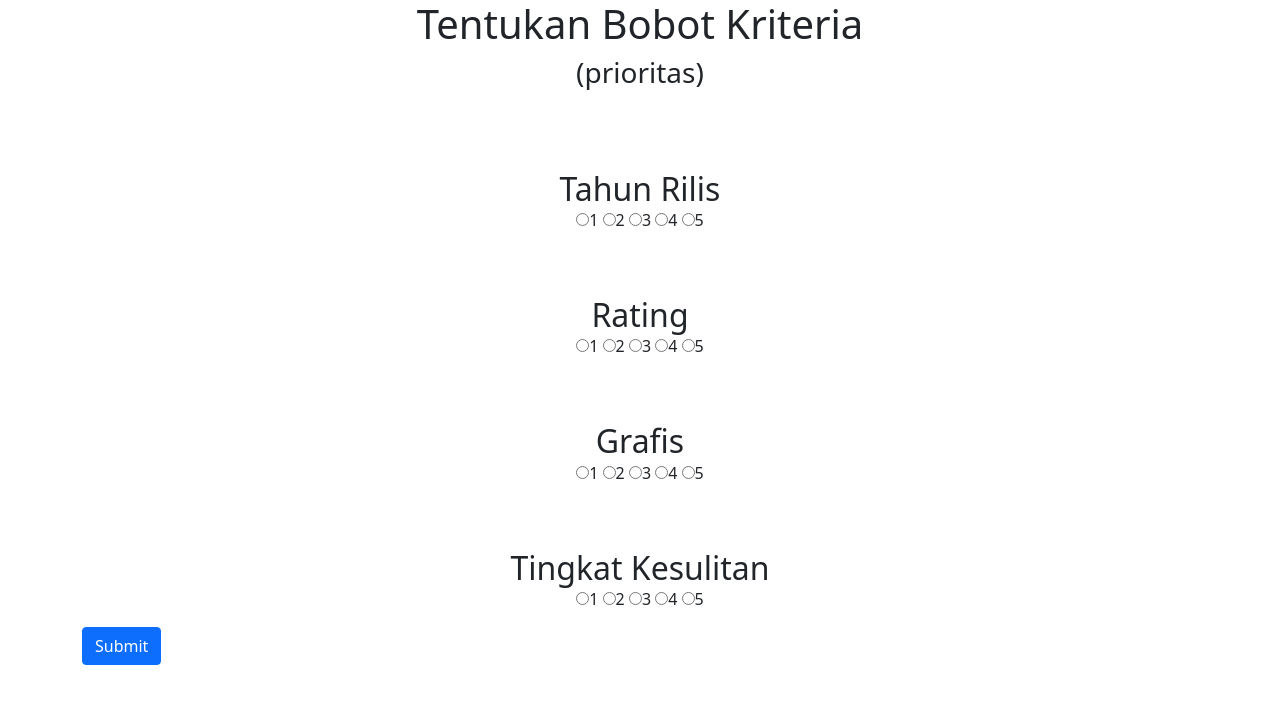
Repository: aqordeon/SPKWP
Page: http://localhost/hitungKriteria.php
These files come from the project's save history. The page is drawn as it stood at one moment and after the next save; the edit follows.
The browser window is 1280 px wide. The pictures show the whole page.
The page is run by PHP 8.4 with error messages shown; the project is at /var/www/html/. Queries for data that is not in the repository find no rows.

Above is the page before, as saved 2020-12-24 22:55:41.

### hitungKriteria.php
<html lang="en">
<head>
    <meta charset="UTF-8">
    <meta name="viewport" content="width=device-width, initial-scale=1.0">
    <title>Document</title>
    <link href="https://cdn.jsdelivr.net/npm/bootstrap@5.0.0-beta1/dist/css/bootstrap.min.css" rel="stylesheet" integrity="sha384-giJF6kkoqNQ00vy+HMDP7azOuL0xtbfIcaT9wjKHr8RbDVddVHyTfAAsrekwKmP1" crossorigin="anonymous">
    <?php
        include "koneksi.php";
    ?>
</head>
<body>
    <div class="container">
    <center>
        <h1>Tentukan Bobot Kriteria</h1>
        <h3>(prioritas)</h3>

        <br><br><br>

        <?php
            $ambilparagraf = $con->query("SELECT * FROM paragraph");
            $cekdbparagraf = $ambilparagraf->fetch_assoc();
        ?>

        <div class="container">
            <h2 style="display: inline;">Tahun Rilis</h2>
            <form>
                <label class="radio-inline">
                    <input type="radio" name="optradio1">1
                </label>
                <label class="radio-inline">
                    <input type="radio" name="optradio1">2
                </label>
                <label class="radio-inline">
                    <input type="radio" name="optradio1">3
                </label>
                <label class="radio-inline">
                    <input type="radio" name="optradio1">4
                </label>
                <label class="radio-inline">
                    <input type="radio" name="optradio1">5
                </label>
            </form>
        </div>

        <br><br>

        <div class="container">
            <h2 style="display: inline;">Rating</h2>
            <form>
                <label class="radio-inline">
                    <input type="radio" name="optradio2">1
                </label>
                <label class="radio-inline">
                    <input type="radio" name="optradio2">2
                </label>
                <label class="radio-inline">
                    <input type="radio" name="optradio2">3
                </label>
                <label class="radio-inline">
                    <input type="radio" name="optradio2">4
                </label>
                <label class="radio-inline">
                    <input type="radio" name="optradio2">5
                </label>
            </form>
        </div>

        <br><br>

        <div class="container">
            <h2 style="display: inline;">Grafis</h2>
            <form>
                <label class="radio-inline">
                    <input type="radio" name="optradio3">1
                </label>
                <label class="radio-inline">
                    <input type="radio" name="optradio3">2
                </label>
                <label class="radio-inline">
                    <input type="radio" name="optradio3">3
                </label>
                <label class="radio-inline">
                    <input type="radio" name="optradio3">4
                </label>
                <label class="radio-inline">
                    <input type="radio" name="optradio3">5
                </label>
            </form>
        </div>

        <br><br>

        <div class="container">
            <h2 style="display: inline;">Tingkat Kesulitan</h2>
            <form>
                <label class="radio-inline">
                    <input type="radio" name="optradio4">1
                </label>
                <label class="radio-inline">
                    <input type="radio" name="optradio4">2
                </label>
                <label class="radio-inline">
                    <input type="radio" name="optradio4">3
                </label>
                <label class="radio-inline">
                    <input type="radio" name="optradio4">4
                </label>
                <label class="radio-inline">
                    <input type="radio" name="optradio4">5
                </label>
            </form>
        </div>
    </center>

    <button class="btn btn-primary" value="Submit">Submit</button>   <!-- mengarah ke hitung_vektorS.php -->

</div>
</body>
</html>

### koneksi.php
<?php
    $servername = "localhost";
    $username = "root";
    $password = "";
    $database = "db_spkwp";

    $con = mysqli_connect($servername, $username, $password, $database);

    // $ambilparagraf = $con->query("SELECT * FROM paragraph");
    // $cekdbparagraf = $ambilparagraf->fetch_assoc();
?>

After the next save:
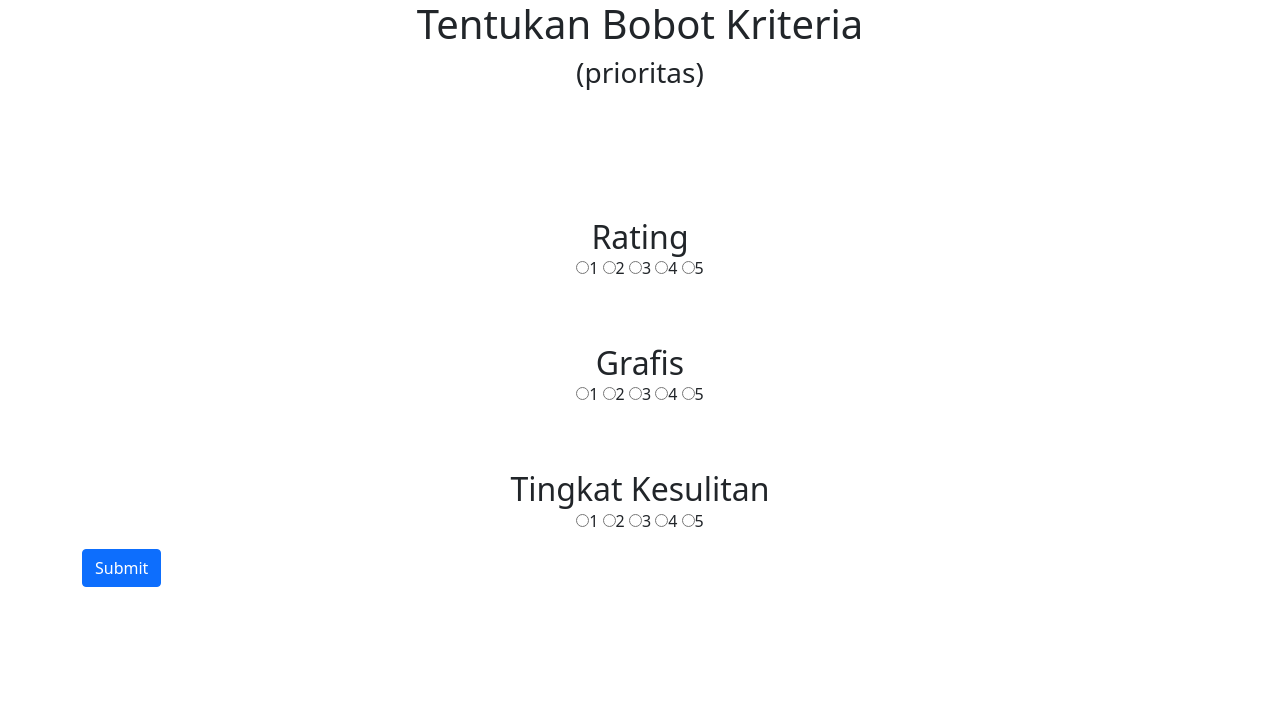
Saved 78 s later.
--- a/hitungKriteria.php
+++ b/hitungKriteria.php
@@ -17,30 +17,33 @@
         <br><br><br>
 
         <?php
-            $ambilparagraf = $con->query("SELECT * FROM paragraph");
-            $cekdbparagraf = $ambilparagraf->fetch_assoc();
-        ?>
+            $ambilkriteria = $con->query("SELECT * FROM tb_kriteria");
+            $cekdbkriteria = $ambilkriteria->fetch_assoc();
 
-        <div class="container">
-            <h2 style="display: inline;">Tahun Rilis</h2>
-            <form>
-                <label class="radio-inline">
-                    <input type="radio" name="optradio1">1
-                </label>
-                <label class="radio-inline">
-                    <input type="radio" name="optradio1">2
-                </label>
-                <label class="radio-inline">
-                    <input type="radio" name="optradio1">3
-                </label>
-                <label class="radio-inline">
-                    <input type="radio" name="optradio1">4
-                </label>
-                <label class="radio-inline">
-                    <input type="radio" name="optradio1">5
-                </label>
-            </form>
-        </div>
+            while($cekdbkriteria){ ?>
+                <div class="container">
+                    <h2 style="display: inline;">Tahun Rilis</h2>
+                    <form>
+                        <label class="radio-inline">
+                            <input type="radio" name="optradio1">1
+                        </label>
+                        <label class="radio-inline">
+                            <input type="radio" name="optradio1">2
+                        </label>
+                        <label class="radio-inline">
+                            <input type="radio" name="optradio1">3
+                        </label>
+                        <label class="radio-inline">
+                            <input type="radio" name="optradio1">4
+                        </label>
+                        <label class="radio-inline">
+                            <input type="radio" name="optradio1">5
+                        </label>
+                    </form>
+                </div>
+            <?php } ?>
+
+
 
         <br><br>
 
